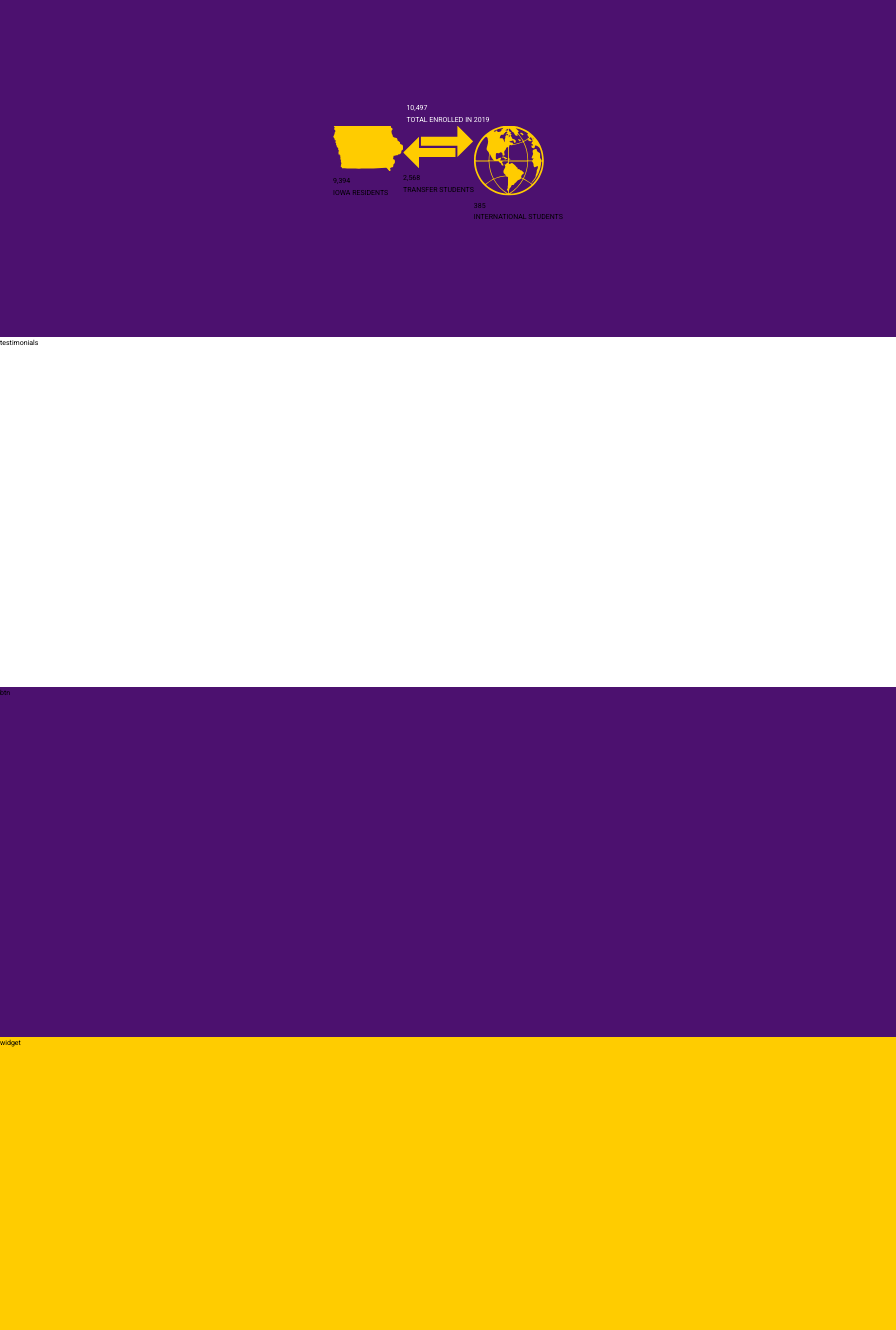
Repository: trietngo/nisg
Page: index.html
These files come from the project's save history. The page is drawn as it stood at one moment and after a run of saves; the edit follows.
The browser window is 1280 px wide. The pictures show the part of the page from y = 738 to 2638 px (the page is 3020 px tall), at 70% of full size.
Some web fonts or font styles are not loaded; a fallback is used. The style sheet was rebuilt from its Sass, Less or Tailwind sources for each picture, by a compiler version that may differ from the author's.

Above is the page before, as saved 2020-08-26 11:05:35.

After the next 2 saves:
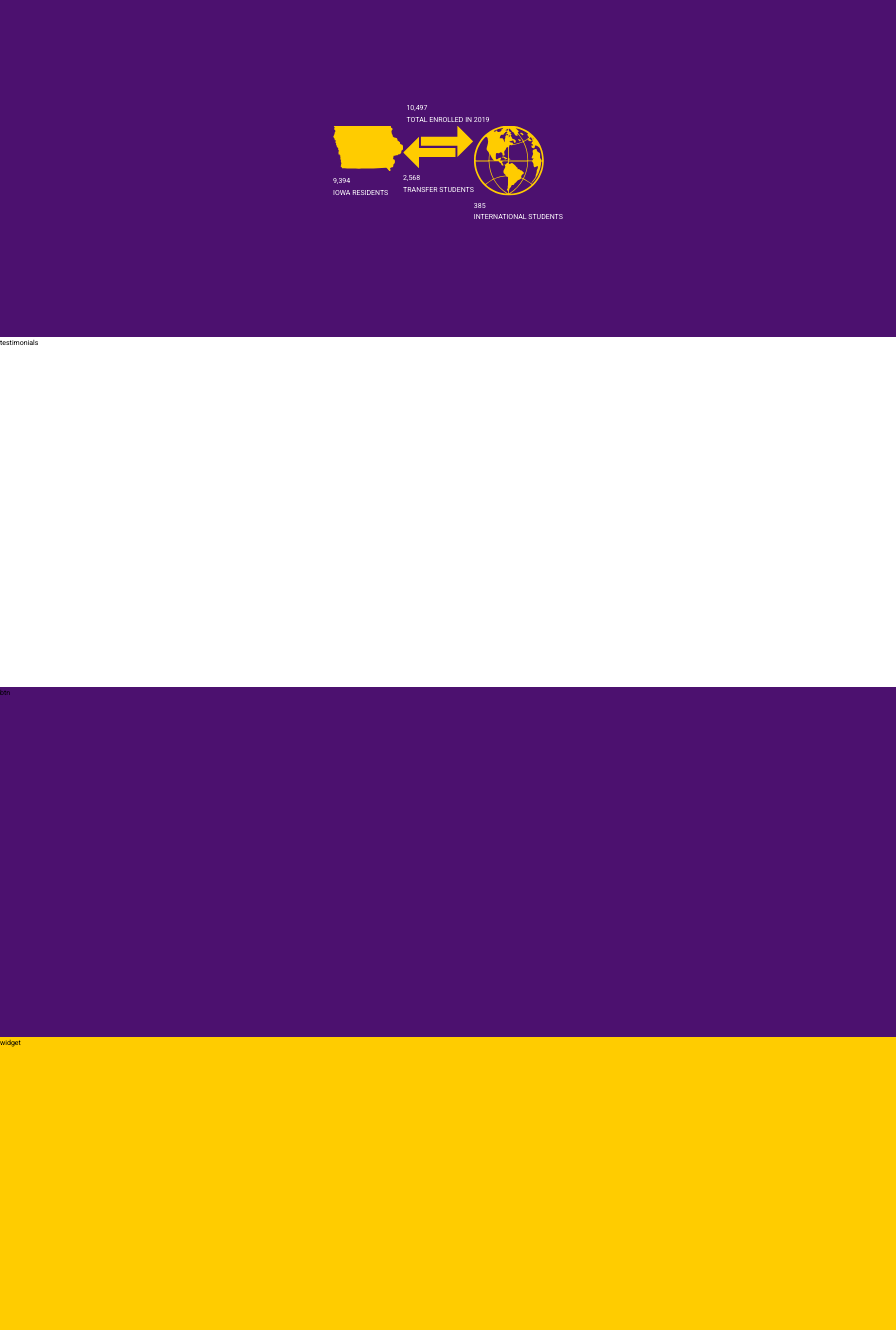
The 2 saves are shown as one change because they came seconds apart.
The last was saved 10 s later.
--- a/sass/layout/_enrollment.scss
+++ b/sass/layout/_enrollment.scss
@@ -5,6 +5,7 @@
     flex-direction: column;
     align-items: center;
     justify-content: center;
+    color: $color-tertiary;
 
     &__total {
         color: $color-tertiary;
